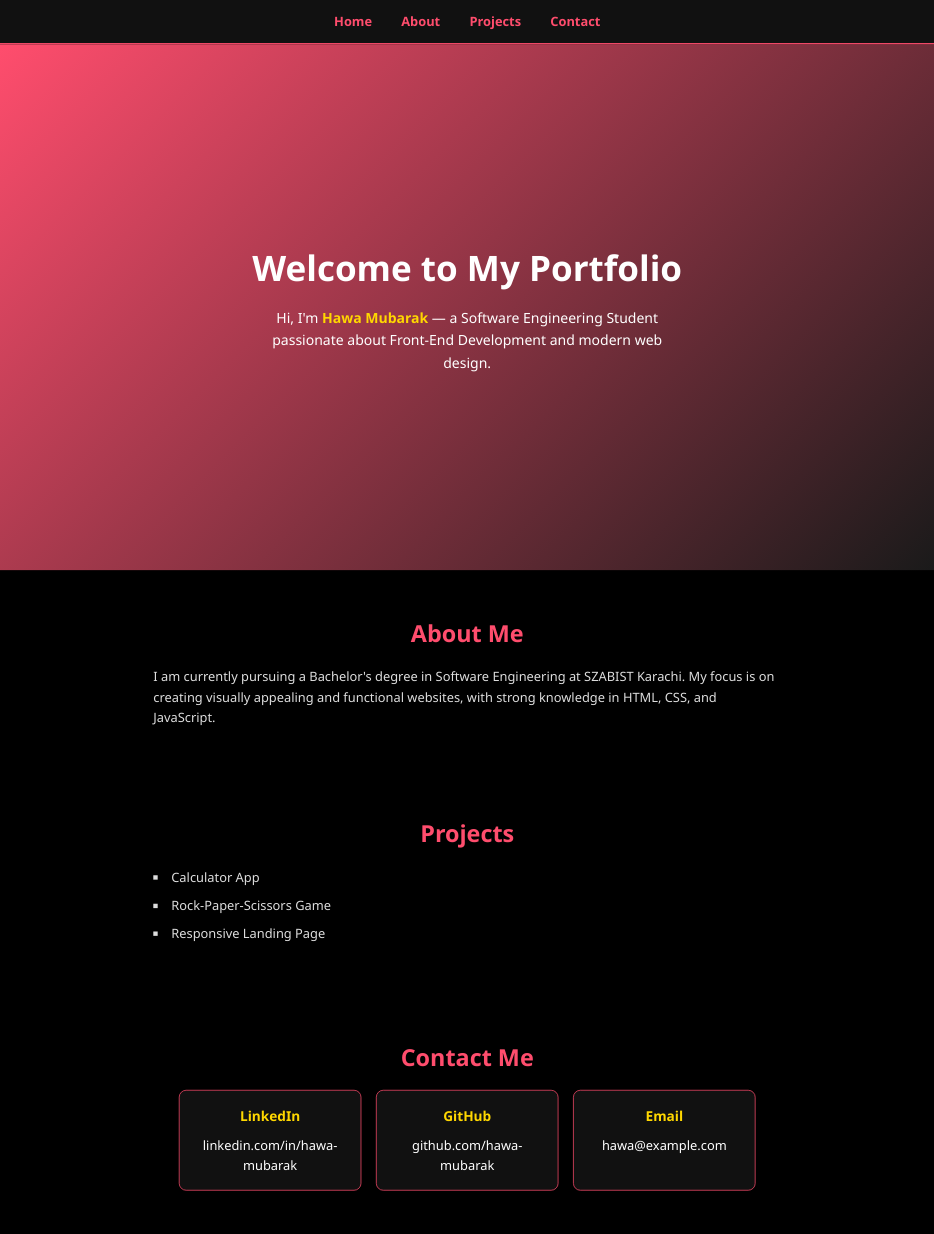
Repository: hawamubarakk/my-portfolio
Page: index.html
These files come from the project's save history. The page is drawn as it stood at one moment and after the next save; the edit follows.
The browser window is 1280 px wide. The pictures show the whole page, at 73% of full size.

Above is the page before, as saved 2025-08-12 17:29:30.

After the next save:
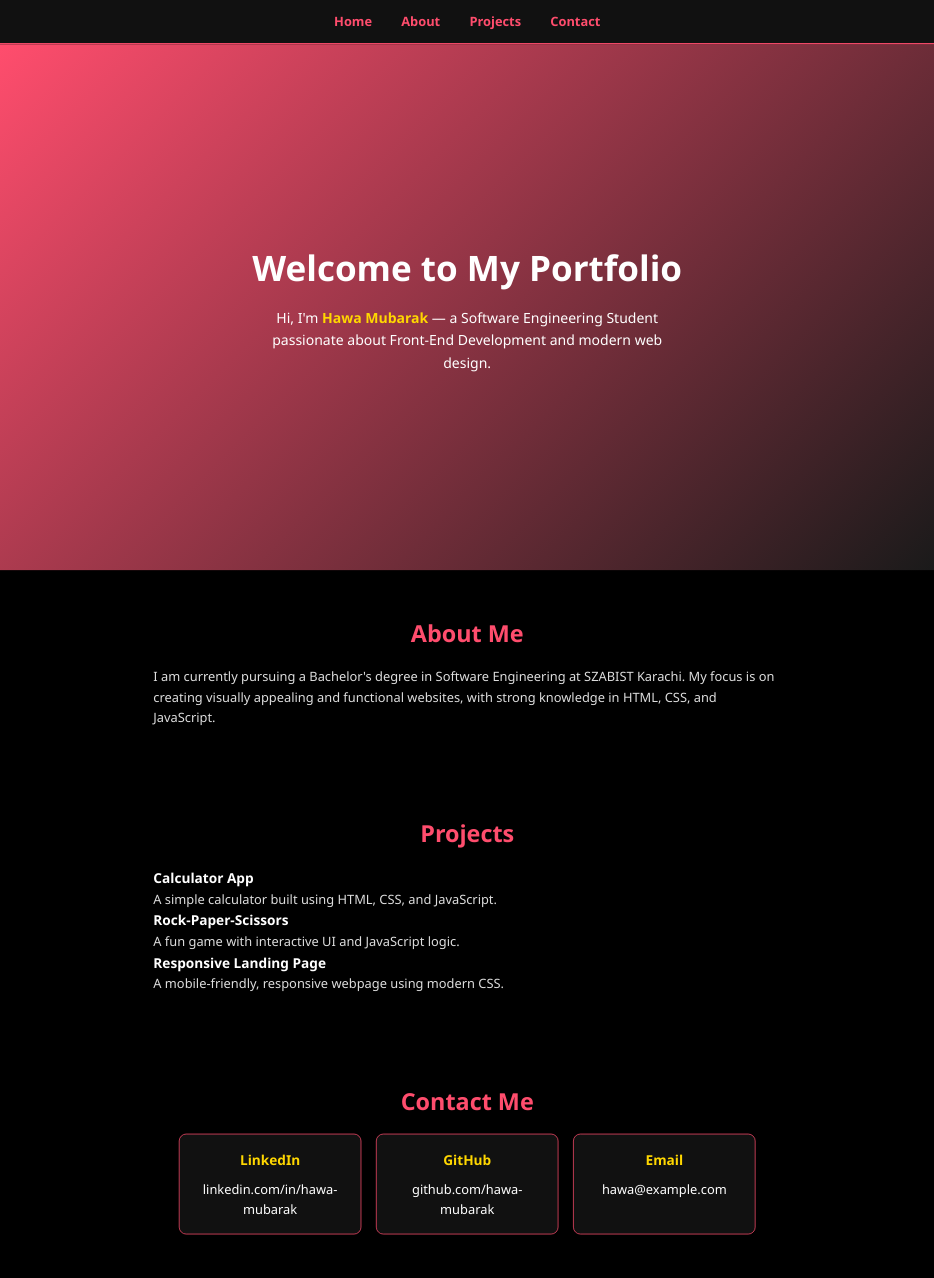
Saved 2 min 7 s later.
--- a/index.html
+++ b/index.html
@@ -36,11 +36,20 @@
     <!-- Projects Section -->
     <section id="projects" class="section">
         <h2>Projects</h2>
-        <ul>
-            <li>Calculator App</li>
-            <li>Rock-Paper-Scissors Game</li>
-            <li>Responsive Landing Page</li>
-        </ul>
+        <div class="project-boxes">
+            <div class="project-box">
+                <h3>Calculator App</h3>
+                <p>A simple calculator built using HTML, CSS, and JavaScript.</p>
+            </div>
+            <div class="project-box">
+                <h3>Rock-Paper-Scissors</h3>
+                <p>A fun game with interactive UI and JavaScript logic.</p>
+            </div>
+            <div class="project-box">
+                <h3>Responsive Landing Page</h3>
+                <p>A mobile-friendly, responsive webpage using modern CSS.</p>
+            </div>
+        </div>
     </section>
 
     <!-- Contact Section -->
